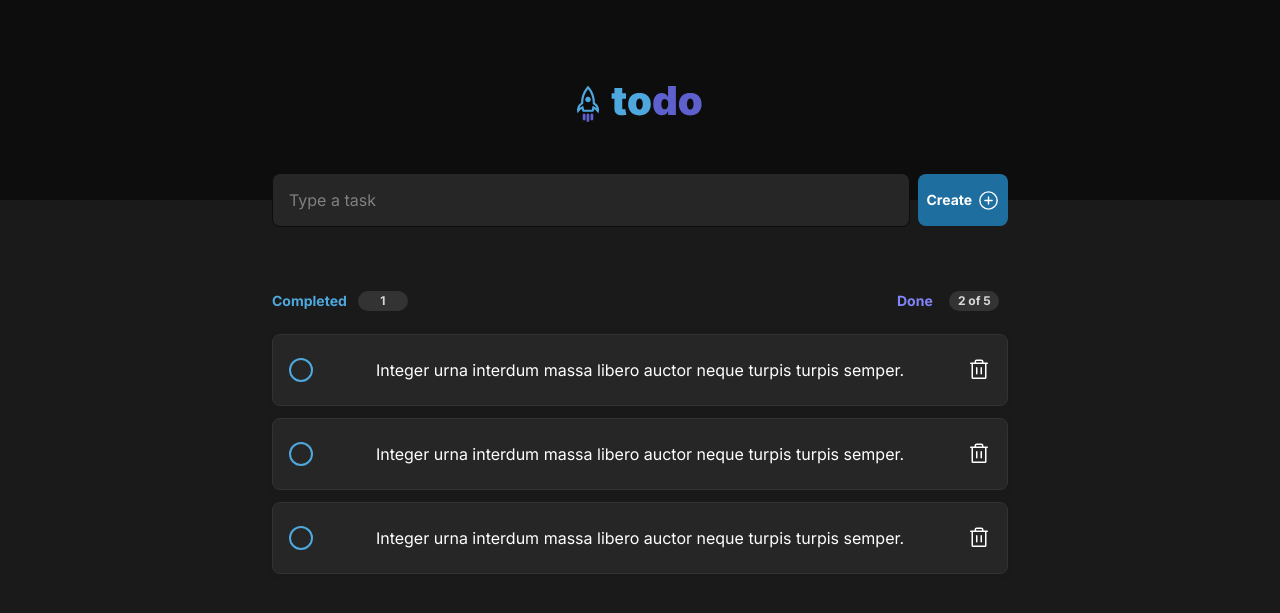
Repository: JoseGu1llardi/to-do-list-D01
Page: /
The author's editor kept a copy of each file at every save. The page is drawn from the files as they stood at one save, then again after the next save.
The browser window is 1280 px wide. The pictures show the whole page.
The project was rebuilt for these pictures with package versions that can differ from the ones it lists, and the page was loaded fresh each time. Also part of the build but not shown: vite.config.ts.

Above is the page before, as saved 2023-03-11 22:41:19.

After the next save:
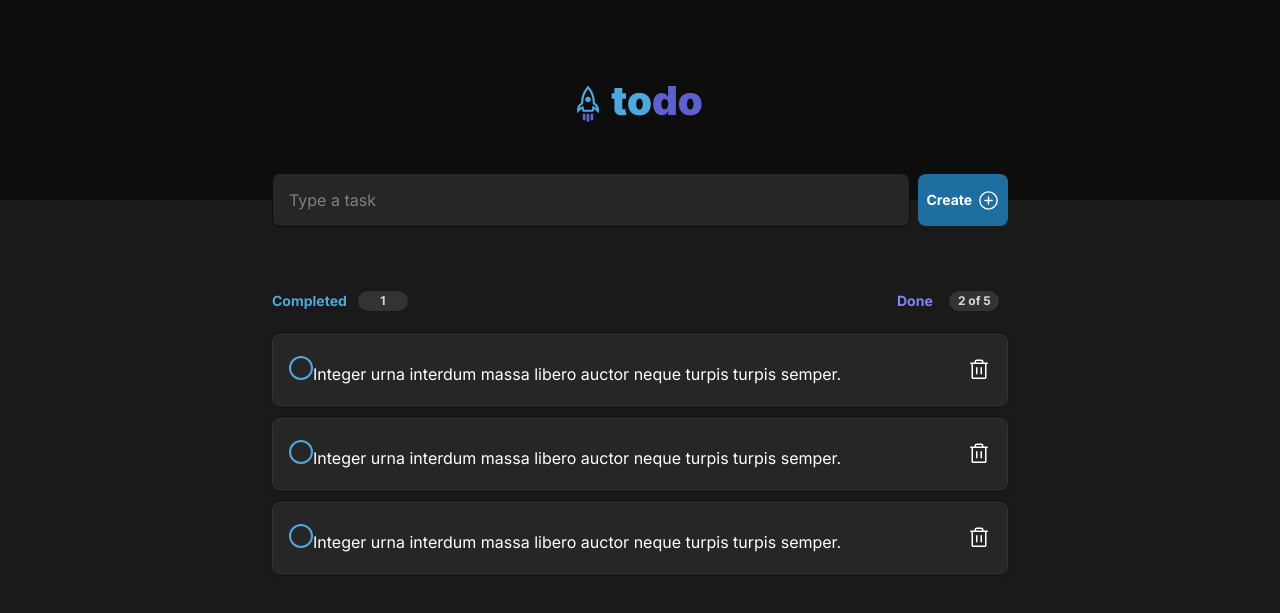
Saved 47 s later.
--- a/src/components/Task/index.tsx
+++ b/src/components/Task/index.tsx
@@ -5,10 +5,10 @@ import styles from './styles.module.css';
 export function Task() {
     return (
         <section className={styles.task}>
-            <>
+            <div>
                 <input type="checkbox" />
                 <span>Integer urna interdum massa libero auctor neque turpis turpis semper.</span>
-            </>
+            </div>
             <Trash size={20} />
         </section>
     )
